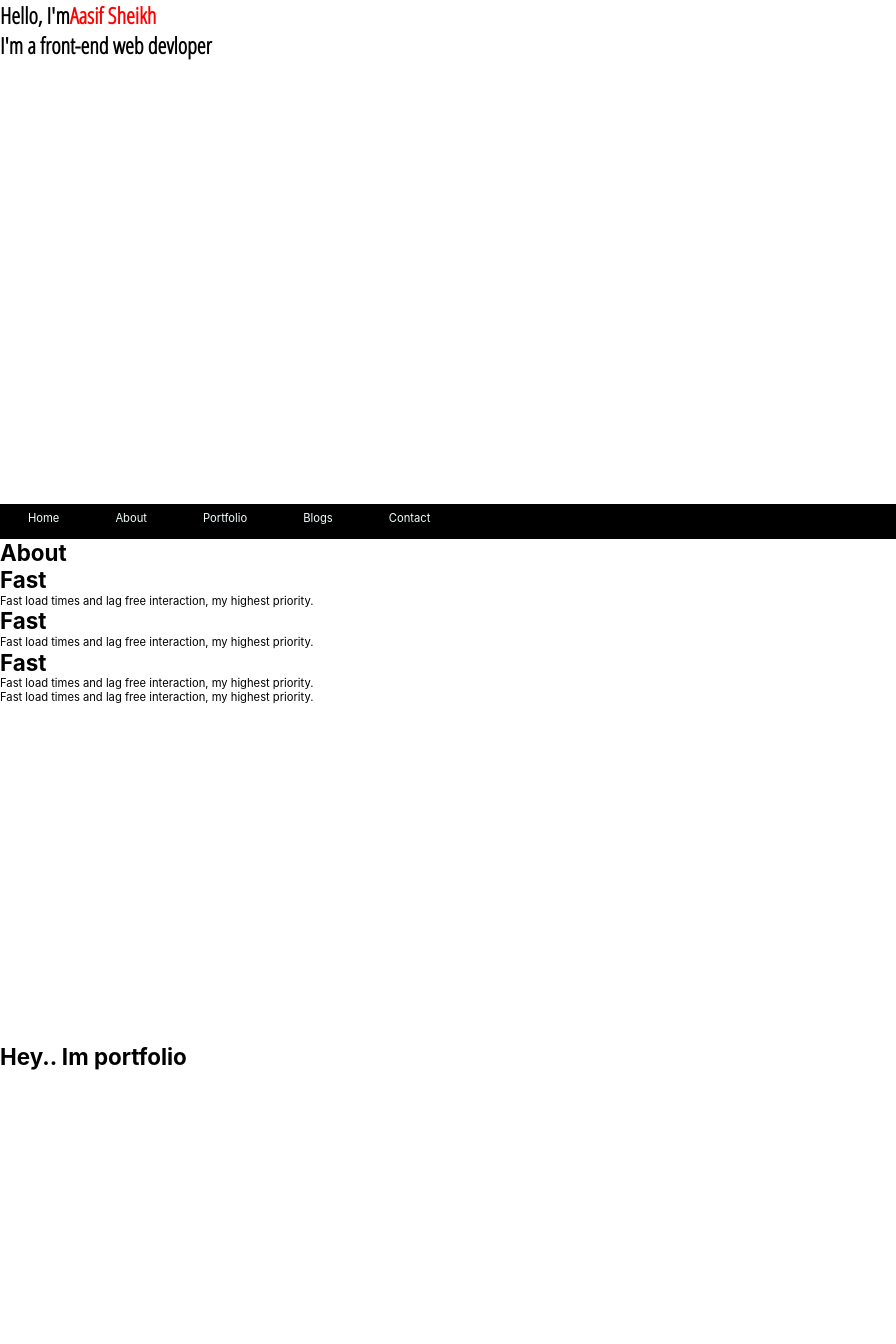
Repository: Aaasifsheikh/aasifsheikh-portfolio
Page: /
These files come from the project's save history. The page is drawn as it stood at one moment and after the next save; the edit follows.
The browser window is 1280 px wide. The pictures show the part of the page from y = 0 to 1920 px (the page is 3650 px tall), at 70% of full size.
The project was rebuilt for these pictures with package versions that can differ from the ones it lists, and the page was loaded fresh each time.

Above is the page before, as saved 2020-12-05 15:11:28.

### public/index.html
<!DOCTYPE html>
<html lang="en">
  <head>
    <meta charset="utf-8" />
    <link rel="icon" href="%PUBLIC_URL%/favicon.ico" />
    <meta name="viewport" content="width=device-width, initial-scale=1" />
    <meta name="theme-color" content="#000000" />
    <meta
      name="description"
      content="Web site created using create-react-app"
    />
    <link rel="preconnect" href="https://fonts.gstatic.com" />
    <link
      href="https://fonts.googleapis.com/css2?family=Open+Sans+Condensed:wght@300&family=Roboto+Condensed:wght@300;400&display=swap"
      rel="stylesheet"
    />
    <link rel="apple-touch-icon" href="%PUBLIC_URL%/logo192.png" />
    <!--
      manifest.json provides metadata used when your web app is installed on a
      user's mobile device or desktop. See https://developers.google.com/web/fundamentals/web-app-manifest/
    -->
    <link rel="manifest" href="%PUBLIC_URL%/manifest.json" />
    <!--
      Notice the use of %PUBLIC_URL% in the tags above.
      It will be replaced with the URL of the `public` folder during the build.
      Only files inside the `public` folder can be referenced from the HTML.

      Unlike "/favicon.ico" or "favicon.ico", "%PUBLIC_URL%/favicon.ico" will
      work correctly both with client-side routing and a non-root public URL.
      Learn how to configure a non-root public URL by running `npm run build`.
    -->
    <title>React App</title>
  </head>
  <body>
    <noscript>You need to enable JavaScript to run this app.</noscript>
    <div id="root"></div>
    <!--
      This HTML file is a template.
      If you open it directly in the browser, you will see an empty page.

      You can add webfonts, meta tags, or analytics to this file.
      The build step will place the bundled scripts into the <body> tag.

      To begin the development, run `npm start` or `yarn start`.
      To create a production bundle, use `npm run build` or `yarn build`.
    -->
  </body>
</html>

### src/App.js
import About from "./About";
import "./App.css";
import Blog from "./Blog";
import Contact from "./Contact";
import Home from "./Home";
import Navbar from "./Navbar";
import Portfolio from "./Portfolio";

function App() {
  return (
    <div className="App">
      <Home />
      <Navbar />
      <About />
      <Portfolio />
      <Blog />
      <Contact />
    </div>
  );
}

export default App;

### src/About.jsx
import React from "react";
import "./About.scss";

function About() {
  return (
    <div className="about">
      <div className="heading">
        <h1>About</h1>
      </div>
      <div className="description">
        <div className="fast">
        <h1>
          Fast
        </h1> <p>Fast load times and lag free interaction, my highest priority.</p>
        </div>
        <div className="responsive"><h1>
          Fast
        </h1> <p>Fast load times and lag free interaction, my highest priority.</p></div>
        <div className="intuitive"><h1>
          Fast
        </h1> <p>Fast load times and lag free interaction, my highest priority.</p></div>
        <div className="dynamic"><h1>

        </h1> <p>Fast load times and lag free interaction, my highest priority.</p></div>
      </div>
    </div>
  );
}

export default About;

### src/Blog.jsx
import React from 'react'
import "./Blogs.scss";


function Blog() {
    return (
        <div className="blogs">
           <h1>Hey.. Im Blog</h1>
        </div>
    )
}

export default Blog

### src/Contact.jsx
import React from "react";
import "./Contact.scss";


function Contact() {
  return (
    <div className="contact">
      <h1>Hey.. Im Contact</h1>
    </div>
  );
}

export default Contact;

### src/Home.jsx
import React from "react";
import "./Home.scss";

function Home() {
  return (
    <div className="home">
      <div className="contents">
        <h1>
          Hello, I'm
                <span className="highlight" style={{ color: "red" }}>
            Aasif Sheikh
          </span>
          <br />
          I'm a front-end web devloper
        </h1>
      </div>
    </div>
  );
}

export default Home;

### src/Navbar.jsx
import React from "react";
import Button from "@material-ui/core/Button";
import "./Navbar.scss";

function Navbar() {
  return (
      <nav className="nav">
        <ul className="flex">
        <li><a href="#Home">Home</a></li>
        <li><a href="#About">About</a></li>
        <li><a href="#Portfolio">Portfolio</a></li>
        <li><a href="#Blogs">Blogs</a></li>
        <li><a href="#Contact">Contact</a></li>
    </ul>
        {/* <Button variant="contained" color="black" className="btn">
          HOME
        </Button>
        <Button variant="contained" className="btn">ABOUT</Button>
        <Button variant="contained" className="btn">PORTFOLIO</Button>
        <Button variant="contained" className="btn">BLOGS</Button>
        <Button variant="contained" className="btn">CONTACT</Button> */}
      </nav>

  );
}

export default Navbar;

### src/Portfolio.jsx
import React from "react";
import "./Portfolio.scss";

function Portfolio() {
  return (
    <div className="portfolio">
      <h1>Hey.. Im portfolio</h1>
    </div>
  );
}

export default Portfolio;

### src/About.scss
.about{
    height: 100vh;
    width: 100%;
}

### src/Blogs.scss
.blogs{
    height: 100vh;
    width: 100%;
}

### src/Contact.scss
.contact{
    height: 100vh;
    width: 100%;
}

### src/Home.scss
.home{
    height: 100vh;
    width: 100%;
    font-family: 'Open Sans Condensed', sans-serif;
}
.contents{
  justify-content: center;
}

### src/Navbar.scss
.nav {
  width: 100%;
  height: 50px;
  background-color: black;
  display: flex;
  justify-content: space-between;
}
.flex li {
  display: inline-block;
  // flex-direction: column;
  padding: 10px 40px;
}
.flex li a {
  text-transform: capitalize;
  text-decoration: none;
  color: azure;
}
.flex li a:hover{
    color: bisque;
    font-family: 'Open Sans Condensed', sans-serif;


}

### src/Portfolio.scss
.portfolio{
    height: 100vh;
    width: 100%;
}

Loaded but not shown: src/index.js (common file); src/index.css (common file); src/App.css (common file)

After the next save:
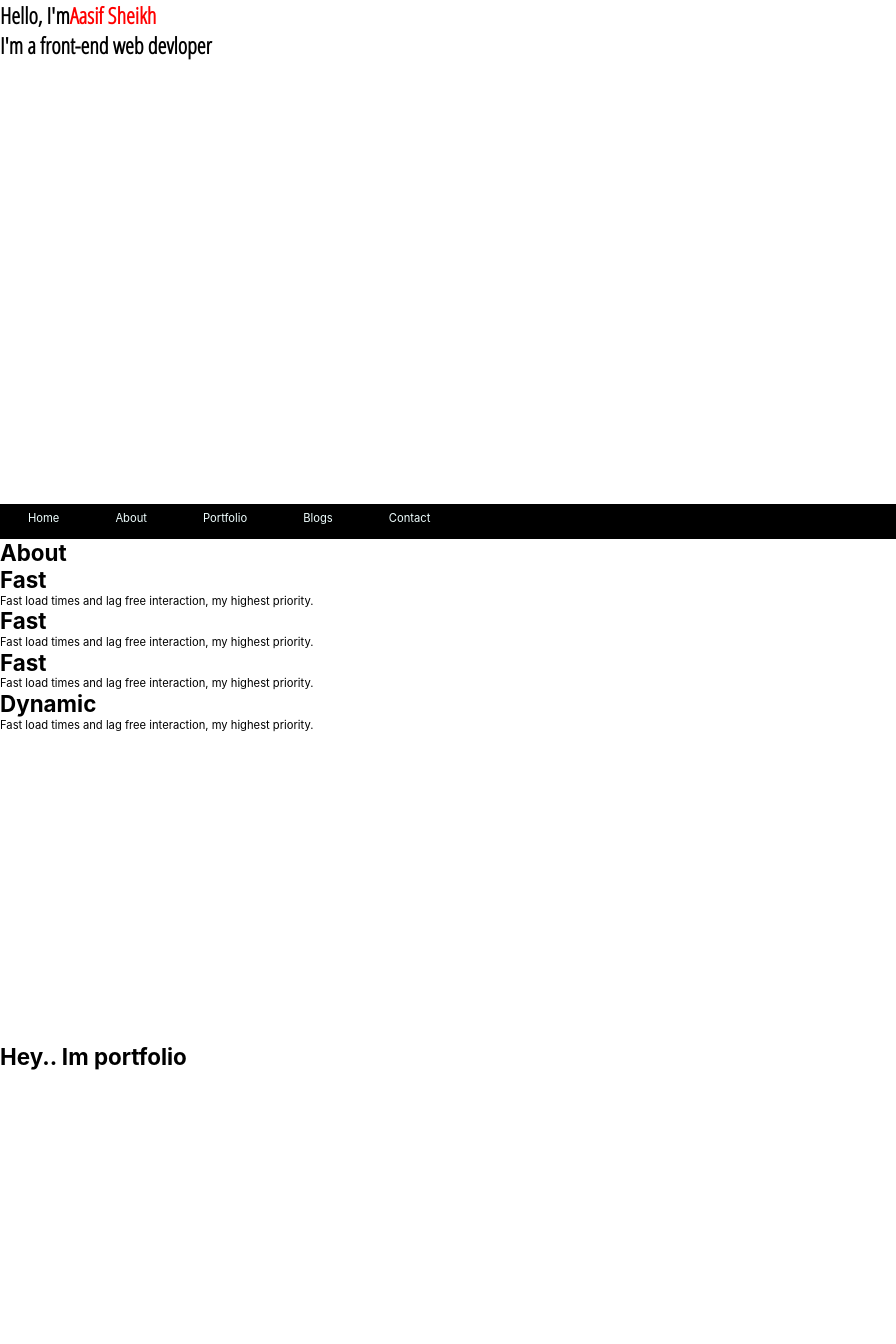
Saved 6 s later.
--- a/src/About.jsx
+++ b/src/About.jsx
@@ -20,7 +20,7 @@ function About() {
           Fast
         </h1> <p>Fast load times and lag free interaction, my highest priority.</p></div>
         <div className="dynamic"><h1>
-
+          Dynamic
         </h1> <p>Fast load times and lag free interaction, my highest priority.</p></div>
       </div>
     </div>
